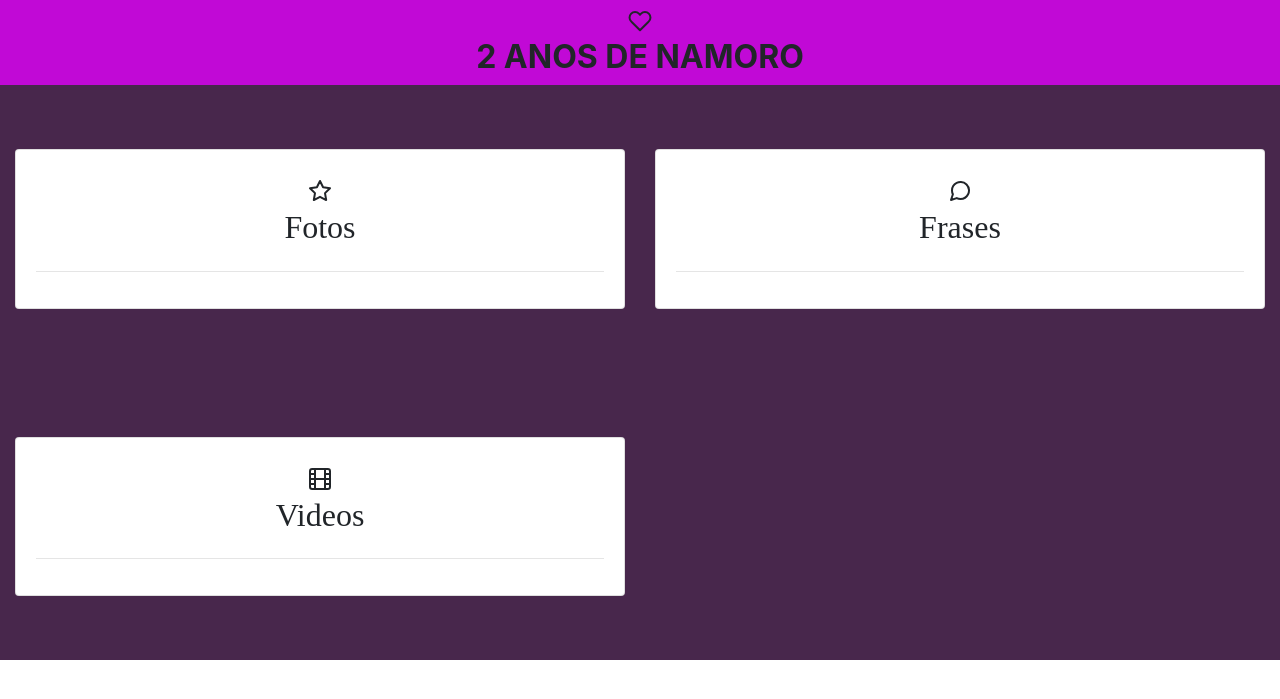
Repository: MeuAmor/meuamor.github.io
Page: index.html
The author's editor kept a copy of each file at every save. The page is drawn from the files as they stood at one save, then again after the next save.
The browser window is 1280 px wide. The pictures show the whole page.

Above is the page before, as saved 2019-08-21 23:27:17.

### index.html
<!DOCTYPE html>
<html lang="pt">
<head>
  <title>2 ANOS</title>
  <meta charset="utf-8">
  <meta name="viewport" content="width=device-width, initial-scale=1">
  <link rel="stylesheet" href="assets/css/bootstrap4.1/bootstrap.min.css">
  <script src="assets/js/jquery.3.3.1.min.js"></script>
  <script src="assets/js/bootstrap4.1/popper.min.js"></script>
	<script src="assets/js/bootstrap4.1/bootstrap.min.js"></script>
	<style>
        .hide {
            display: none;
        }
        .show{
            display:block;
        }
    </style>
</head>
<body class="container-fluid">


	<div class="row" style="background:#c109d6">
		<div class="col-md-12 text-left">
			<h2>
                <div class="text-center">

                    <svg xmlns="http://www.w3.org/2000/svg" width="24" height="24" viewBox="0 0 24 24" fill="none" stroke="currentColor"
                            stroke-width="2" stroke-linecap="round" stroke-linejoin="round" class="feather feather-heart">
                        <path d="M20.84 4.61a5.5 5.5 0 0 0-7.78 0L12 5.67l-1.06-1.06a5.5 5.5 0 0 0-7.78 7.78l1.06 1.06L12 21.23l7.78-7.78 1.06-1.06a5.5 5.5 0 0 0 0-7.78z"/>
                    </svg>
                </div>
                <div class="text-center" >

                    <b>2 ANOS DE NAMORO </b>
                </div>
            </h2>
		</div>
</div>
<div class="row" style="background:#48274c;min-height: 500px;">

	<div class="col-md-6" style="margin-top: 5%;">
		<div class="card card-body">
            <h2 id="openFotos">
                <div class="text-center">

                    <svg xmlns="http://www.w3.org/2000/svg" width="24" height="24" viewBox="0 0 24 24"
                        fill="none" stroke="currentColor" stroke-width="2" stroke-linecap="round" stroke-linejoin="round"
                        class="feather feather-star">
                        <polygon points="12 2 15.09 8.26 22 9.27 17 14.14 18.18 21.02 12 17.77 5.82 21.02 7 14.14 2 9.27 8.91 8.26 12 2"/>
                    </svg>
                </div>
                <div class="text-center" style="font-family: 'Times New Roman', Times, serif">

                    Fotos
                </div>
            </h2>
            <hr>
            <div id="fotos" class="hide">
                <div class="text-center">
                    <img src="imagens/primeira_foto.jpg" alt="Primeira Foto" height="150px;">
                    <img src="imagens/terceira_foto.jpg" alt="Terceira Foto" height="150px;">
                    <img src="imagens/quarta_foto.jpg" alt="Quarta Foto" height="150px;">
                    <img src="imagens/2.jpg" alt="" height="150px;">
                    <img src="imagens/3.jpg" alt="" height="150px;">
                    <img src="imagens/4.jpg" alt="" height="150px;">
                    <img src="imagens/segunda_foto.jpg" alt="Segunda Foto" height="150px;">
                    <img src="imagens/5.jpg" alt="" height="150px;">
                    <img src="imagens/6.jpg" alt="" height="150px;">
                    <img src="imagens/7.jpg" alt="" height="150px;">
                    <img src="imagens/8.jpg" alt="" height="150px;">
                    <img src="imagens/10.jpg" alt="" height="150px;">
                    <img src="imagens/9.jpg" alt="" height="150px;">
                </div>
            </div>
		</div>
	</div>
	<div class="col-md-6" style="margin-top: 5%;margin-bottom: 5%;">
		<div class="card card-body">
            <h2 id="openFrases" style="text-align:center;">
                <div class="text-center">

                    <svg xmlns="http://www.w3.org/2000/svg" width="24" height="24" viewBox="0 0 24 24" fill="none" stroke="currentColor" stroke-width="2" stroke-linecap="round" stroke-linejoin="round" class="feather feather-message-circle">
                    <path d="M21 11.5a8.38 8.38 0 0 1-.9 3.8 8.5 8.5 0 0 1-7.6 4.7 8.38 8.38 0 0 1-3.8-.9L3 21l1.9-5.7a8.38 8.38 0 0 1-.9-3.8 8.5 8.5 0 0 1 4.7-7.6 8.38 8.38 0 0 1 3.8-.9h.5a8.48 8.48 0 0 1 8 8v.5z"/></svg>
                </div>
                <div class="text-center" style="font-family: 'Times New Roman', Times, serif">
                    Frases
                </div>
            </h2>
			<hr>
            <div id="frases" class="row hide" >
                    <div style="color: #b71c1c;">
                        <svg xmlns="http://www.w3.org/2000/svg" width="24" height="24" viewBox="0 0 24 24">
                            <path d="M8.59 16.59L13.17 12 8.59 7.41 10 6l6 6-6 6-1.41-1.41z"/>
                            <path fill="none" d="M0 0h24v24H0V0z"/>
                        </svg>
                        "Eeeeeeeeeeeeeeeeee" - <b> Seu amor</b>
                    </div>
                    <div style="color: #b71c1c;">
                        <svg xmlns="http://www.w3.org/2000/svg" width="24" height="24" viewBox="0 0 24 24">
                            <path d="M8.59 16.59L13.17 12 8.59 7.41 10 6l6 6-6 6-1.41-1.41z"/>
                            <path fill="none" d="M0 0h24v24H0V0z"/>
                        </svg>
                        "Eu tenho Alzheimer" - <b> Seu amor</b>
                    </div>
                    <div style="color: #b71c1c;">
                        <svg xmlns="http://www.w3.org/2000/svg" width="24" height="24" viewBox="0 0 24 24">
                            <path d="M8.59 16.59L13.17 12 8.59 7.41 10 6l6 6-6 6-1.41-1.41z"/>
                            <path fill="none" d="M0 0h24v24H0V0z"/>
                        </svg>
                        "Aqui a TV está na Globo" - <b> Seu amor</b>
                    </div>
                    <div style="color: blueviolet;">
                        <svg xmlns="http://www.w3.org/2000/svg" width="24" height="24" viewBox="0 0 24 24">
                            <path d="M8.59 16.59L13.17 12 8.59 7.41 10 6l6 6-6 6-1.41-1.41z"/>
                            <path fill="none" d="M0 0h24v24H0V0z"/>
                        </svg>
                        "Tô sabendo" - <b>Beatiz </b><br>

                    </div>
                    <div style="color: blueviolet;">
                        <svg xmlns="http://www.w3.org/2000/svg" width="24" height="24" viewBox="0 0 24 24">
                            <path d="M8.59 16.59L13.17 12 8.59 7.41 10 6l6 6-6 6-1.41-1.41z"/>
                            <path fill="none" d="M0 0h24v24H0V0z"/>
                        </svg>
                        "Aham, Vai nessa." - <b>Beatiz </b><br>

                    </div>
                    <div style="color: blueviolet;">
                        <svg xmlns="http://www.w3.org/2000/svg" width="24" height="24" viewBox="0 0 24 24">
                            <path d="M8.59 16.59L13.17 12 8.59 7.41 10 6l6 6-6 6-1.41-1.41z"/>
                            <path fill="none" d="M0 0h24v24H0V0z"/>
                        </svg>
                        "LEONARDOOO" - <b>Beatiz </b><br>
                    </div>
                    <div style="color: blueviolet;">
                        <svg xmlns="http://www.w3.org/2000/svg" width="24" height="24" viewBox="0 0 24 24">
                            <path d="M8.59 16.59L13.17 12 8.59 7.41 10 6l6 6-6 6-1.41-1.41z"/>
                            <path fill="none" d="M0 0h24v24H0V0z"/>
                        </svg>
                        "AAAAAAAAAA" - <b>Beatiz </b><br>
                    </div>
                    <div style="color: blueviolet;">
                        <svg xmlns="http://www.w3.org/2000/svg" width="24" height="24" viewBox="0 0 24 24">
                            <path d="M8.59 16.59L13.17 12 8.59 7.41 10 6l6 6-6 6-1.41-1.41z"/>
                            <path fill="none" d="M0 0h24v24H0V0z"/>
                        </svg>
                        "Cuidado com a hora amanhã" - <b>Beatiz </b><br>
                    </div>
            </div>

        </div>

    </div>
    <div class="col-md-6" style="margin-top: 5%;margin-bottom: 5%;">
        <div class="card card-body">
            <h2 id="openVideos" style="text-align:center;">
                <div class="text-center">

                    <svg xmlns="http://www.w3.org/2000/svg" width="24" height="24" viewBox="0 0 24 24" fill="none" stroke="currentColor" stroke-width="2" stroke-linecap="round" stroke-linejoin="round" class="feather feather-film">
                        <rect x="2" y="2" width="20" height="20" rx="2.18" ry="2.18"/>
                        <line x1="7" y1="2" x2="7" y2="22"/>
                        <line x1="17" y1="2" x2="17" y2="22"/>
                        <line x1="2" y1="12" x2="22" y2="12"/>
                        <line x1="2" y1="7" x2="7" y2="7"/>
                        <line x1="2" y1="17" x2="7" y2="17"/>
                        <line x1="17" y1="17" x2="22" y2="17"/>
                        <line x1="17" y1="7" x2="22" y2="7"/>
                    </svg>
                </div>
                <div class="text-center" style="font-family: 'Times New Roman', Times, serif">
                    Videos
                </div>
            </h2>
            <hr>
            <div id="videos" class="row hide">
                <div class="col-md-12 text-center" style="color: blueviolet;">
                    <a href="https://drive.google.com/drive/folders/1cs1njrZBseK-pT5WebYxWXJ5JDjdfowP?usp=sharing" class="btn btn-info ">
                        <svg xmlns="http://www.w3.org/2000/svg" width="24" height="24" viewBox="0 0 24 24" fill="none" stroke="currentColor"
                            stroke-width="2" stroke-linecap="round" stroke-linejoin="round" class="feather feather-eye">
                            <path d="M1 12s4-8 11-8 11 8 11 8-4 8-11 8-11-8-11-8z"/><circle cx="12" cy="12" r="3"/>
                        </svg>
                        Visualizar
                    </a>
                </div>

            </div>
        </div>

    </div>

</div>
<script>
    $("#openFotos").click(function(){
        if($("#fotos").hasClass('hide'))
        {
            $("#fotos").removeClass('hide');
            $("#fotos").addClass('show');
        }
        else
        {
            $("#fotos").removeClass('show');
            $("#fotos").addClass('hide');
        }
    });
    $("#openFrases").click(function(){
        if($("#frases").hasClass('hide'))
        {
            $("#frases").removeClass('hide');
            $("#frases").addClass('show');
        }
        else
        {
            $("#frases").removeClass('show');
            $("#frases").addClass('hide');
        }
    });
    $("#openVideos").click(function(){
        if($("#videos").hasClass('hide'))
        {
            $("#videos").removeClass('hide');
            $("#videos").addClass('show');
        }
        else
        {
            $("#videos").removeClass('show');
            $("#videos").addClass('hide');
        }
    });
</script>
</body>
</html>

Loaded but not shown: assets/css/bootstrap4.1/bootstrap.min.css (library); assets/js/jquery.3.3.1.min.js (library); assets/js/bootstrap4.1/popper.min.js (library); assets/js/bootstrap4.1/bootstrap.min.js (library)

After the next save:
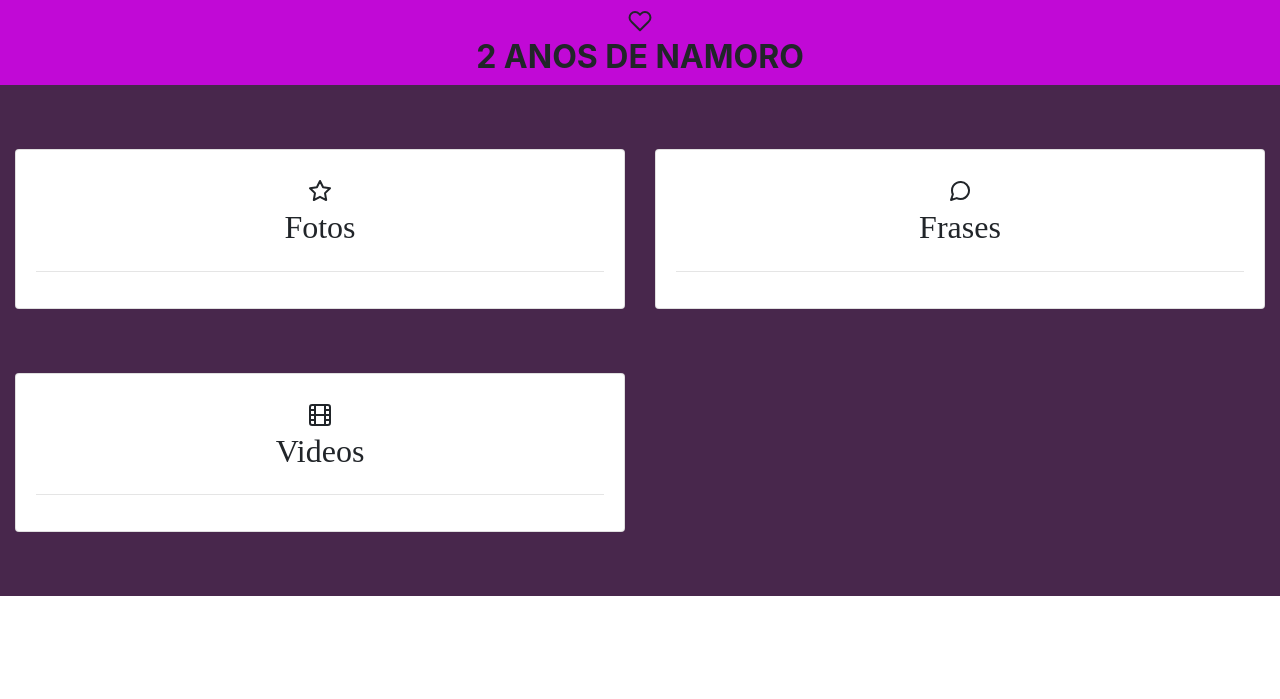
Saved 73 s later.
--- a/index.html
+++ b/index.html
@@ -152,7 +152,7 @@
         </div>
 
     </div>
-    <div class="col-md-6" style="margin-top: 5%;margin-bottom: 5%;">
+    <div class="col-md-6" style="margin-bottom: 5%;">
         <div class="card card-body">
             <h2 id="openVideos" style="text-align:center;">
                 <div class="text-center">
